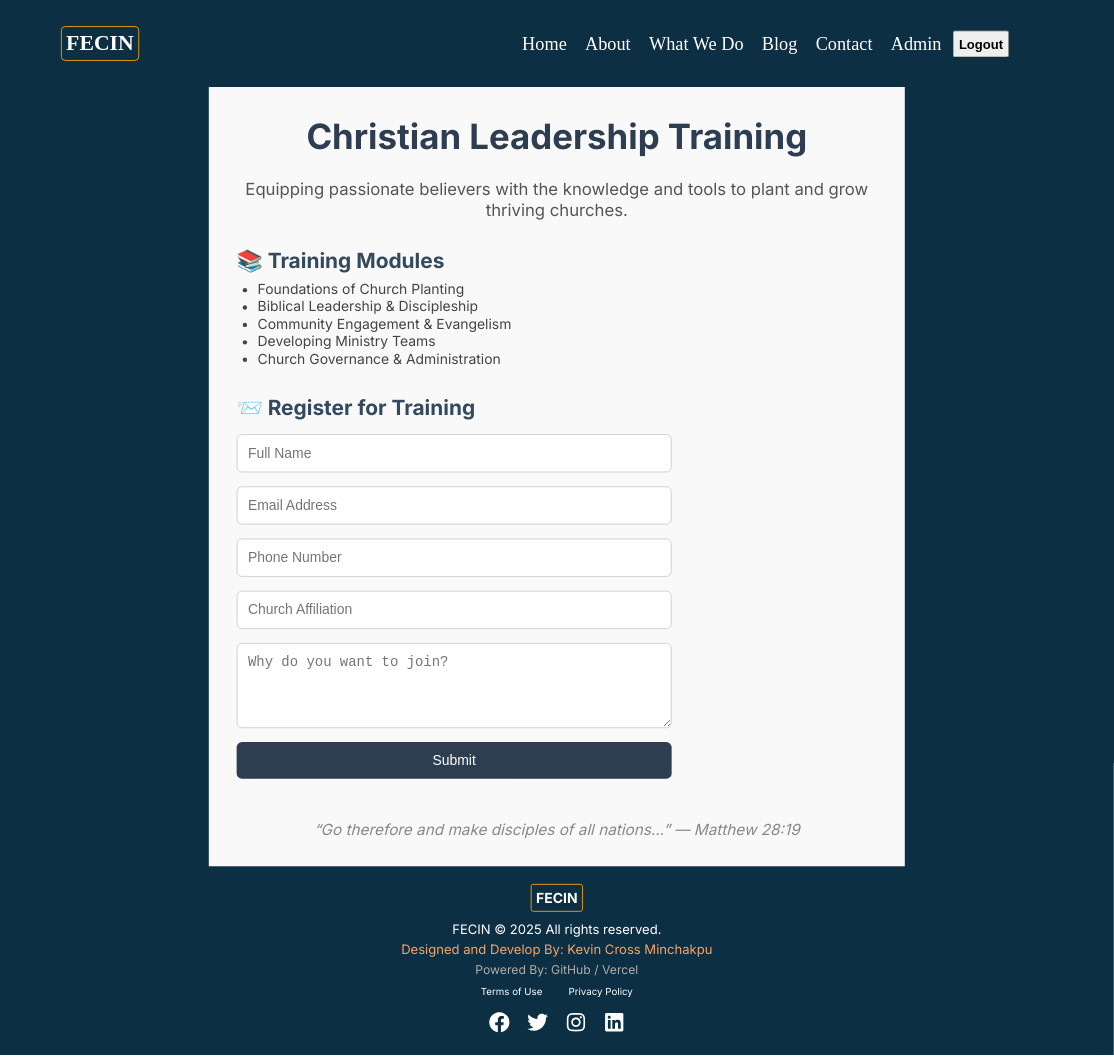
Repository: KCMinchakpu/fecin-projectgs497
Page: /leadership-development
The author's editor kept a copy of each file at every save. The page is drawn from the files as they stood at one save, then again after the next save.
The browser window is 1280 px wide. The pictures show the whole page, at 87% of full size.
The project was rebuilt for these pictures with package versions that can differ from the ones it lists, and the page was loaded fresh each time. The framework's server and built-in components were replaced by stand-ins that run in the browser. Also part of the build but not shown: next.config.mjs.

Above is the page before, as saved 2025-04-07 18:52:08.

### src/app/layout.js
import {Inter} from "next/font/google";
import "./globals.css";
import Navbar from "@/components/navbar/Navbar";
import Footer from "@/components/footer/Footer";

const inter = Inter({ subsets: ["latin"]});

export const metadata = {
  title: "FECIN Bible Translation Project",
  description: "This is the official FECIN Bible Translation Project",
};

export default function RootLayout({ children }) {
  return (
    <html lang="en">
      <body className={inter.className}>
        <div className="container">
        <Navbar />
        {children}
        <Footer />
        </div>
      </body>
    </html>
  );
}

### src/app/leadership-development/page.jsx
'use client';

import { useState } from 'react';
import styles from './Leadership.module.css';

export default function LeadershipTrainingPage() {
  const [form, setForm] = useState({
    name: '',
    email: '',
    phone: '',
    church: '',
    message: '',
  });

  const handleChange = (e) => {
    setForm({ ...form, [e.target.name]: e.target.value });
  };

  const handleSubmit = (e) => {
    e.preventDefault();
    console.log('Form submitted:', form);
    alert('Thank you for registering! We will get in touch soon.');
    setForm({ name: '', email: '', phone: '', church: '', message: '' });
  };

  return (
    <div className={styles.container}>
      <h1 className={styles.heading}>Christian Leadership Training</h1>
      <p className={styles.intro}>
        Equipping passionate believers with the knowledge and tools to plant and grow thriving churches.
      </p>

      <section className={styles.section}>
        <h2>📚 Training Modules</h2>
        <ul className={styles.list}>
          <li>Foundations of Church Planting</li>
          <li>Biblical Leadership & Discipleship</li>
          <li>Community Engagement & Evangelism</li>
          <li>Developing Ministry Teams</li>
          <li>Church Governance & Administration</li>
        </ul>
      </section>

      <section className={styles.section}>
        <h2>📨 Register for Training</h2>
        <form onSubmit={handleSubmit} className={styles.form}>
          <input
            type="text"
            name="name"
            placeholder="Full Name"
            value={form.name}
            onChange={handleChange}
            required
          />
          <input
            type="email"
            name="email"
            placeholder="Email Address"
            value={form.email}
            onChange={handleChange}
            required
          />
          <input
            type="tel"
            name="phone"
            placeholder="Phone Number"
            value={form.phone}
            onChange={handleChange}
            required
          />
          <input
            type="text"
            name="church"
            placeholder="Church Affiliation"
            value={form.church}
            onChange={handleChange}
          />
          <textarea
            name="message"
            placeholder="Why do you want to join?"
            value={form.message}
            onChange={handleChange}
            rows={4}
          />
          <button type="submit">Submit</button>
        </form>
      </section>

      <blockquote className={styles.quote}>
        “Go therefore and make disciples of all nations...” — Matthew 28:19
      </blockquote>
    </div>
  );
}

### src/app/globals.css
:root {
    --bg: #0c2f43;
    --text: white;
    --bgSoft: #091f2c;
    --textSoft: rgb(237, 232, 232);
    --btn: #de3c21;
    --bgWhite: white;
    --textGray: #444444;
}

/* Box sizing rules */
* {
    box-sizing: border-box;
    margin:0;
    padding: 0;
  }

/* Set core body defaults */
body {
    background-color: var(--bgWhite);
    color: var(--text);
  }

a {
    color: inherit;
    text-decoration: none;
}

.container {
  background-color: var(--bg);
  width: 100%; /* Default for small screens */
  margin: auto;
  padding-left: 20px;
  padding-right: 20px;
  min-height: 120vh;
  display: flex;
  flex-direction: column;
  justify-content: space-between;
}

### src/components/navbar/Navbar.jsx
import React from 'react';
import Link from 'next/link';
import Links from "./links/Links";
import styles from "./navbar.module.css";

const Navbar = () => {
  return (
    <div className={styles.container}>
      <Link href="/" className={styles.logo}>FECIN</Link>
      <div>
        <Links />
      </div>
    </div>
  );
};

export default Navbar;

### src/components/footer/Footer.jsx
import React from 'react';
import styles from './footer.module.css';
import { FaFacebook, FaTwitter, FaInstagram, FaLinkedin } from 'react-icons/fa';

const Footer = () => {
  return (
    <div className={styles.container}>
      <div className={styles.logo}>
        {/* You can add a logo image here if needed */}
        <h2>FECIN</h2>
      </div>
      <div>
        <p className={styles.text}>FECIN © 2025 All rights reserved.</p>
        <p className={styles.author}>
          <a href="https://www.linkedin.com/in/kevin-cross-minchakpu-7897379a" target="_blank">Designed and Develop By: Kevin Cross Minchakpu</a>
          </p>
        <p className={styles.company}>
          <a href="https://octatesystems.github.io/OSNigeria/">Powered By: GitHub / Vercel</a>
          </p>
      </div>
      <div className={styles.links}>
        <a href="/terms" className={styles.link}>Terms of Use</a>
        <a href="/privacy" className={styles.link}>Privacy Policy</a>
      </div>
      <div className={styles.socialIcons}>
        <a href="https://facebook.com" target="_blank" rel="noopener noreferrer" className={styles.icon}>
          <FaFacebook />
        </a>
        <a href="https://twitter.com" target="_blank" rel="noopener noreferrer" className={styles.icon}>
          <FaTwitter />
        </a>
        <a href="https://instagram.com" target="_blank" rel="noopener noreferrer" className={styles.icon}>
          <FaInstagram />
        </a>
        <a href="https://linkedin.com" target="_blank" rel="noopener noreferrer" className={styles.icon}>
          <FaLinkedin />
        </a>
      </div>
    </div>
  );
};

export default Footer;

### src/app/leadership-development/Leadership.module.css
.container {
    max-width: 800px;
    margin: auto;
    padding: 2rem;
    background-color: #f9f9f9;
  }

  .heading {
    font-size: 2.5rem;
    text-align: center;
    margin-bottom: 1.5rem;
    color: #2c3e50;
  }

  .intro {
    text-align: center;
    font-size: 1.2rem;
    color: #555;
    margin-bottom: 2rem;
  }

  .section {
    margin-bottom: 2rem;
  }

  .section h2 {
    font-size: 1.5rem;
    color: #34495e;
    margin-bottom: 0.5rem;
  }

  .section p,
  .section ul {
    font-size: 1rem;
    color: #444;
  }

  .list {
    list-style-type: disc;
    padding-left: 1.5rem;
  }

  .quote {
    font-style: italic;
    text-align: center;
    margin-top: 3rem;
    font-size: 1.1rem;
    color: #888;
  }

  .form {
    display: flex;
    flex-direction: column;
    gap: 1rem;
    max-width: 500px;
    margin-top: 1rem;
  }

  .form input,
  .form textarea {
    padding: 0.75rem;
    font-size: 1rem;
    border: 1px solid #ccc;
    border-radius: 6px;
  }

  .form button {
    padding: 0.75rem;
    background-color: #2c3e50;
    color: white;
    border: none;
    border-radius: 6px;
    font-size: 1rem;
    cursor: pointer;
    transition: background-color 0.2s ease;
  }

  .form button:hover {
    background-color: #1a242f;
  }

### src/components/navbar/links/Links.jsx
"use client"

import React from "react";
import {useState} from  "react";
import Image from 'next/image';
import NavLink from "../navLink/NavLink";
import styles from "./links.module.css";


const links = [
  { title: "Home", path: "/" },
  { title: "About", path: "/about" },
  { title: "What We Do", path: "/whatwedo" },
  { title: "Blog", path: "/blog" },
  { title: "Contact", path: "/contact" },
];

const Links = () => {
  const [open,setOpen] = useState(false)

  //Temporary
  const session = true
  const isAdmin = true

  return (
    <div className={styles.container}>
    <div className={styles.links}>
      {links.map((link) => (
        <NavLink item={link} key={link.title} />
      ))}
      {session ? (
          <>
          {isAdmin && <NavLink item={{title: "Admin", path: "/admin"}} />}
         <button className={styles.logout}>Logout</button>
         </>
        ) : (
          <NavLink item={{title: "Login", path: "/login"}} />
        )
      }
      </div>
      <Image
      className={styles.menuButton}
      src="/menu.png"
      alt="Hamburger menu"
      width={30}
      height={30} onClick={() => setOpen((prev) => !prev)}
      />

      {open && ( <div className={styles.mobileLinks}>
          {links.map((link) => (
        <NavLink item={link} key={link.title} />
      ))}
    </div>
)}
</div>
  );
};

export default Links;

### src/components/navbar/navbar.module.css
.container {
    height: 100px;
    display: flex;
    align-items: center;
    justify-content: space-between;
}

.logo {
    font-size: 25px;
    font-weight: bold;
    font-family: "Play", serif;
    font-weight: 700;
    font-style: normal;
    border: 1.5px solid orange;
    padding: 5px;
    border-radius: 5px;
    margin-left: 50px;
}

### src/components/footer/footer.module.css
/* Footer Container */
.container {
    background-color: var(--bg);
    color: white;
    display: flex;
    flex-direction: column;
    align-items: center;
    justify-content: space-between;
    padding: 20px;
    text-align: center;
  }

  .logo h2 {
    font-size: 1rem;
    margin-bottom: 10px;
    border: 1px solid orange;
    padding: 5px;
    border-radius: 3px;
  }

  .text {
    margin-bottom: 5px;
    font-size: 15px;

  }
  .author {
    margin-bottom: 5px;
    font-size: 15px;
    color: rgb(250, 162, 99);
  }

  .company {
    margin-bottom: 5px;
    font-size: 14px;
    color: rgb(174, 172, 170);
  }

  .author:hover {
    text-decoration: underline;
  }

  .company:hover {
    text-decoration: underline;
  }

  .links {
    margin-bottom: 15px;
  }

  .link {
    color: white;
    margin: 0 15px;
    text-decoration: none;
    font-size: 0.7rem;
  }

  .link:hover {
    text-decoration: underline;
  }

  .socialIcons {
    display: flex;
    justify-content: center;
    gap: 20px;
  }

  .icon {
    font-size: 1.5rem;
    color: white;
    transition: color 0.3s ease;
  }

  .icon:hover {
    color: #0070f3;
  }


  @media (min-width: 768px) {
    .container {
      flex-direction: column;
      align-items: center;
      justify-content: space-around;
    }
  }

### src/components/navbar/navLink/navLink.jsx
"use client";

import React from "react";
import Link from "next/link";
import { usePathname } from "next/navigation";
import styles from "./navLink.module.css";

const NavLink = ({ item }) => {
  const pathName = usePathname();
  return (
    <Link
      href={item.path}
      className={`${styles.container} ${
        pathName === item.path ? styles.active : ""
      }`}
    >
      {item.title}
    </Link>
  );
};

export default NavLink;

### src/components/navbar/links/links.module.css
.links {
    display: flex;
    align-items: center;
    gap: 5px;
    font-family: "Play", serif;
    font-style: normal;
    margin-right: 100px;
    font-size: 21px;
}

.logout {
    padding: 5px;
    cursor: pointer;
    font-weight: bold;
    font-size: 15px;
}

.menuButton,
.mobileLinks {
   display: none;
  }

  @media (max-width: 480px){
    .links {
        display: none;
    }

    .menuButton {
        display: block;
        cursor: pointer;
      }

    .mobileLinks {
        position: absolute;
        top: 100px;
        right: 0;
        width: 50%;
        height: calc(100vh-100px);
        /*background-color: var(--bg);*/
       background-color: brown;
        display: flex;
        flex-direction: column;
        align-items: center;
        justify-content: center;
        gap: 10px;
      }
  }

### src/components/navbar/navLink/navLink.module.css
.container {
    padding: 8px;
    text-align: center;


}

.active {
    background-color: var(--text);
    color: var(--btn);
}

Loaded but not shown: src/app/admin/users/[userId]/role/route.js (no copy from this time; the picture is the same without it)

After the next save:
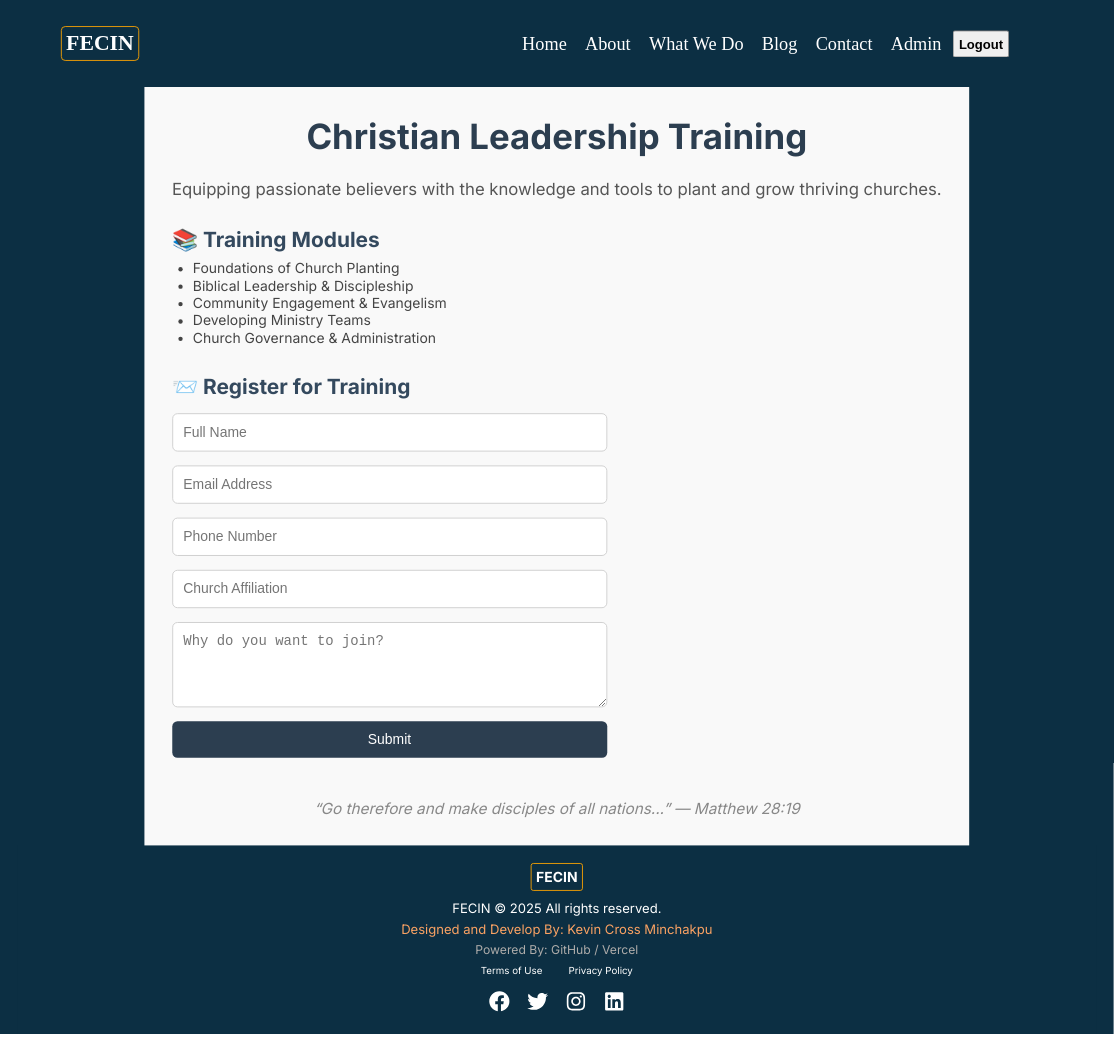
Saved 22 s later.
--- a/src/app/leadership-development/Leadership.module.css
+++ b/src/app/leadership-development/Leadership.module.css
@@ -1,5 +1,5 @@
 .container {
-    max-width: 800px;
+    max-width: 1200px;
     margin: auto;
     padding: 2rem;
     background-color: #f9f9f9;
